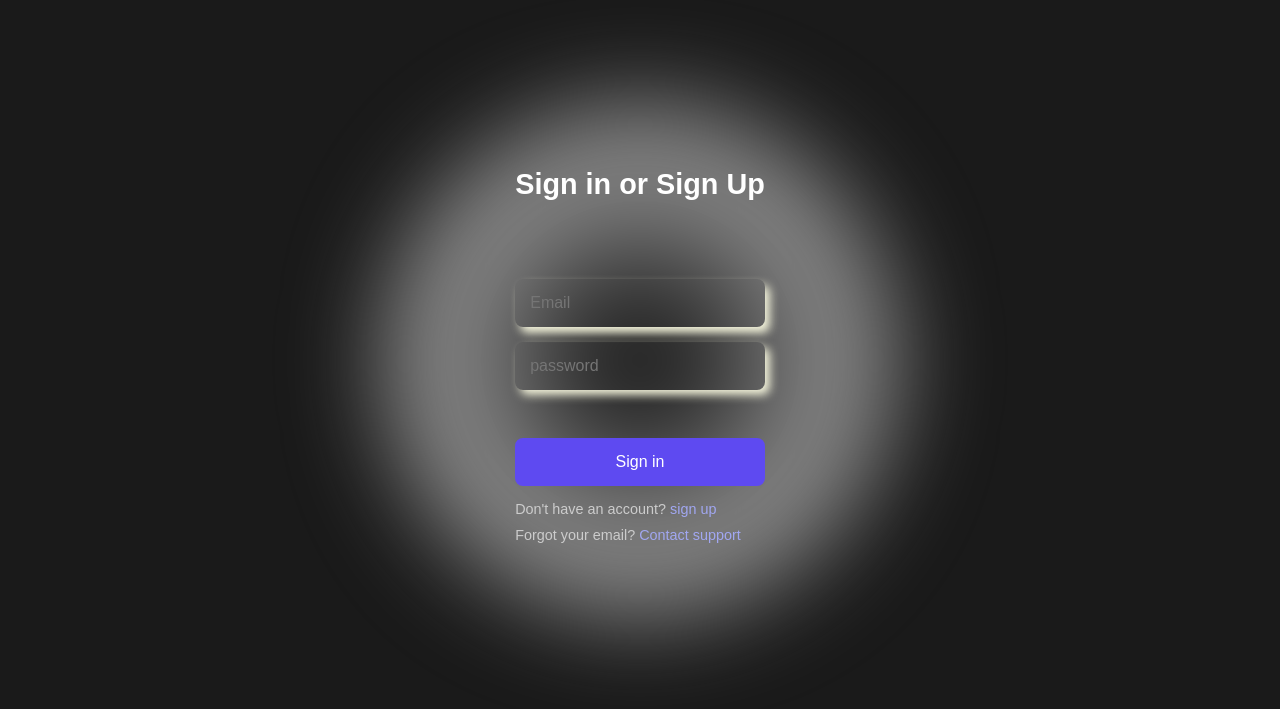
Repository: cmd-keyu/mobileppsh
Page: pages/login.html
These files come from the project's save history. The page is drawn as it stood at one moment and after a run of saves; the edit follows.
The browser window is 1280 px wide. The pictures show the whole page.

Above is the page before, as saved 2024-11-12 12:30:36.

After the next 3 saves:
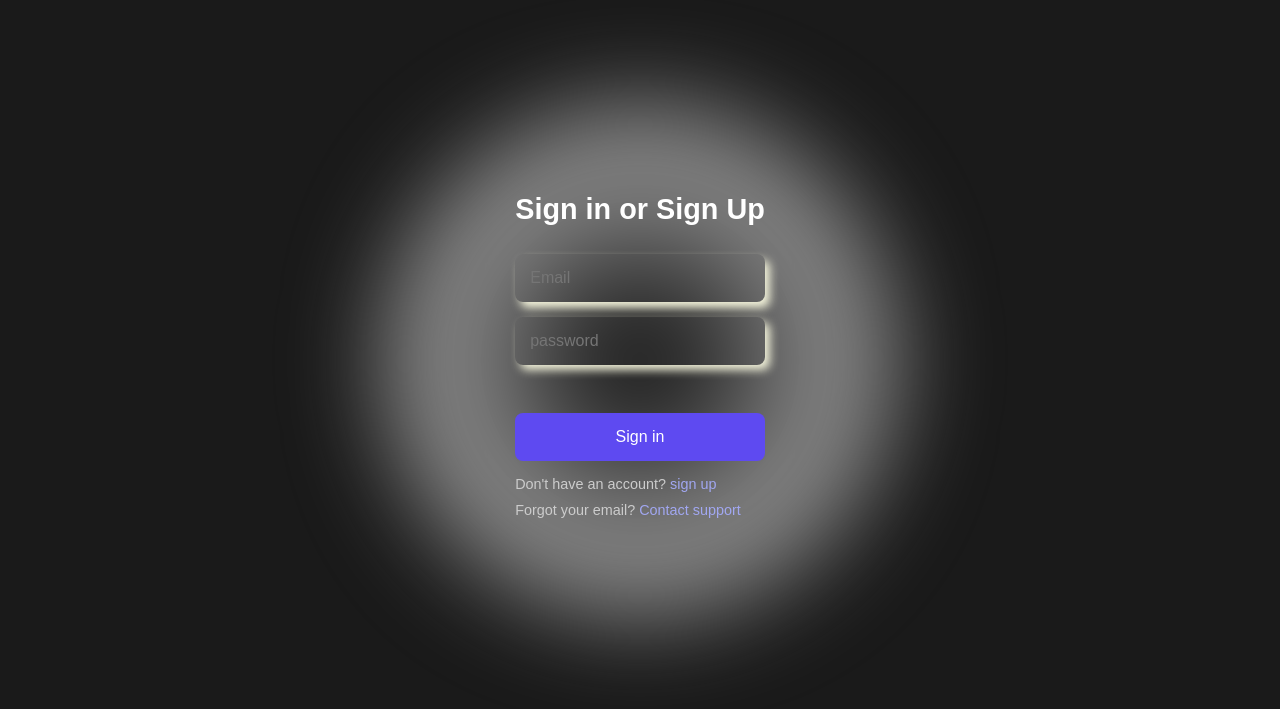
The 3 saves are shown as one change because they came seconds apart.
The last was saved 16 s later.
--- a/css/login.css
+++ b/css/login.css
@@ -65,7 +65,6 @@
     width: 100%;
      box-shadow: 5px 6px 10px beige;
      color: wheat;
-     margin-top: 50px;
 
   }
   input[type="password"] {
